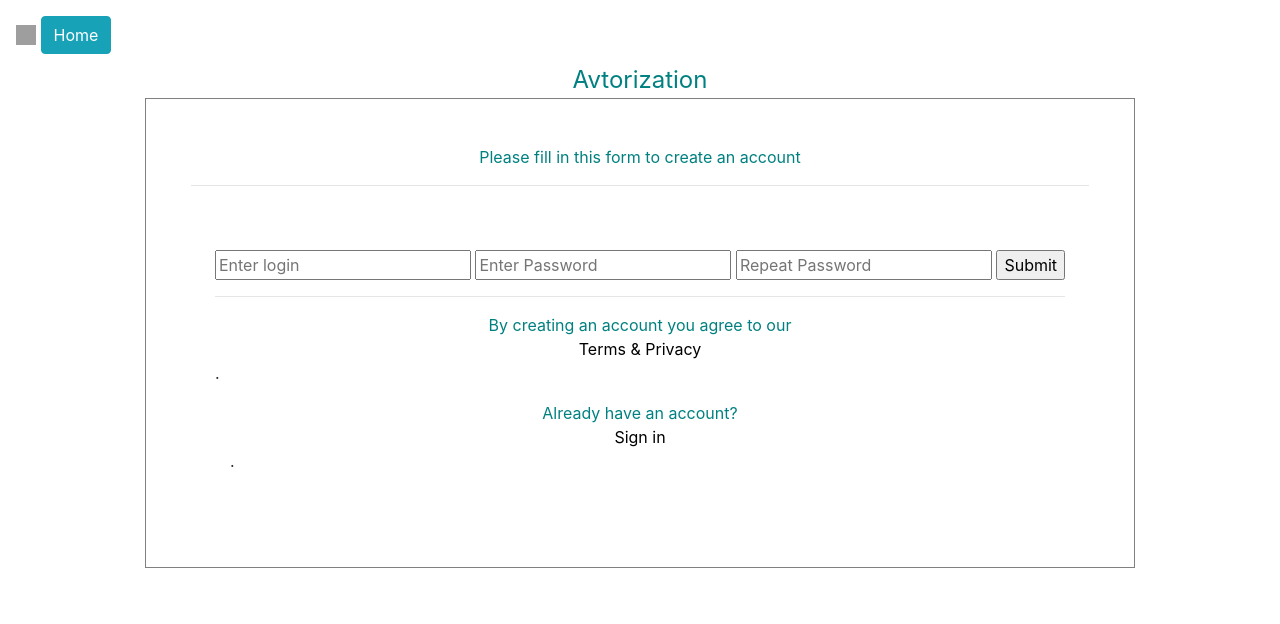
Repository: Serpaton/Work-place
Page: http://localhost/registration
These files come from the project's save history. The page is drawn as it stood at one moment and after the next save; the edit follows.
The browser window is 1280 px wide. The pictures show the whole page.
Pictures or frames that could not be fetched are drawn as grey boxes. The page is this project's Thymeleaf template; nobody is signed in. The template is opened directly, without the code that normally fills it, so the values that code supplies are empty.

Above is the page before, as saved 2020-02-24 22:54:31.
Console error: TypeError: Cannot read properties of undefined (reading 'fn')

After the next save:
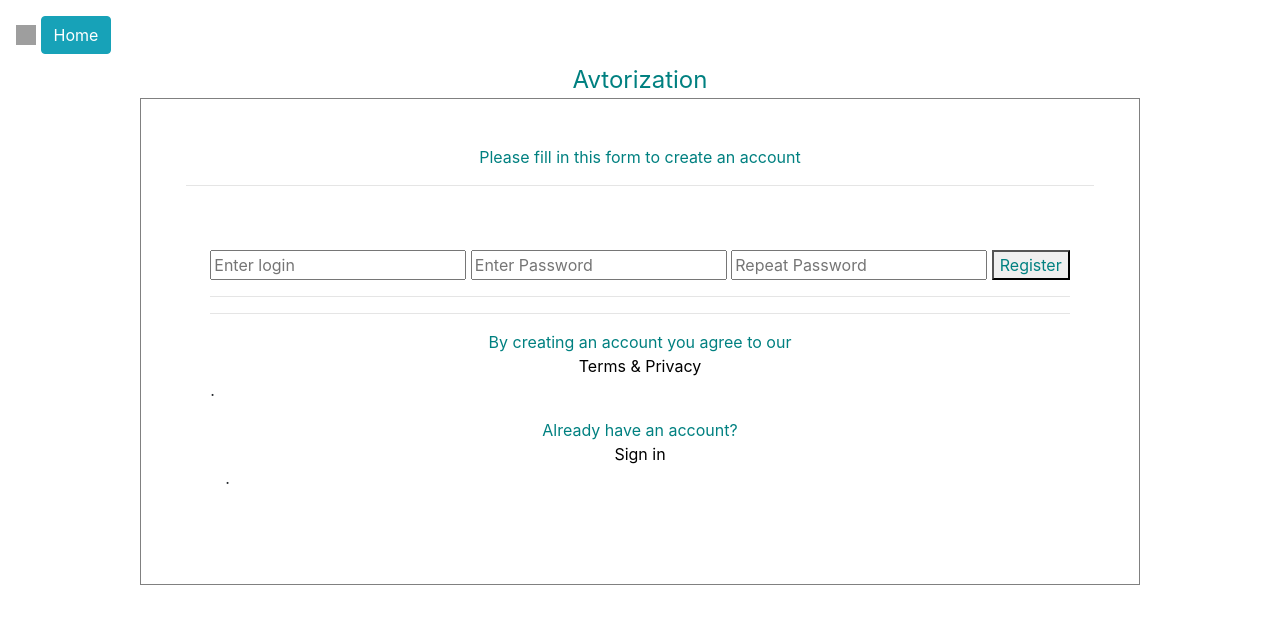
Saved 77 s later.
--- a/My projects/NewsBlogg/NewsBlogg/src/main/resources/templates/registration.html
+++ b/My projects/NewsBlogg/NewsBlogg/src/main/resources/templates/registration.html
@@ -31,7 +31,8 @@
         	<input type="text" placeholder="Enter login" name="name" th:field="*{name}"/>
         	<input type="password" placeholder="Enter Password" th:field="*{login}"/>
         	<input type="password" placeholder="Repeat Password" th:field="*{password}"/>
-        	<input type="submit"/>
+        	<button type="submit" class="registerbtn"><font color="#008080">Register</font></button>
+<hr>
         	<hr>
         	<p><font color="#008080"><center>By creating an account you agree to our </center><a href="#"></font><font color="#000000"><center>Terms & Privacy</center></font></a>.</p>
 
